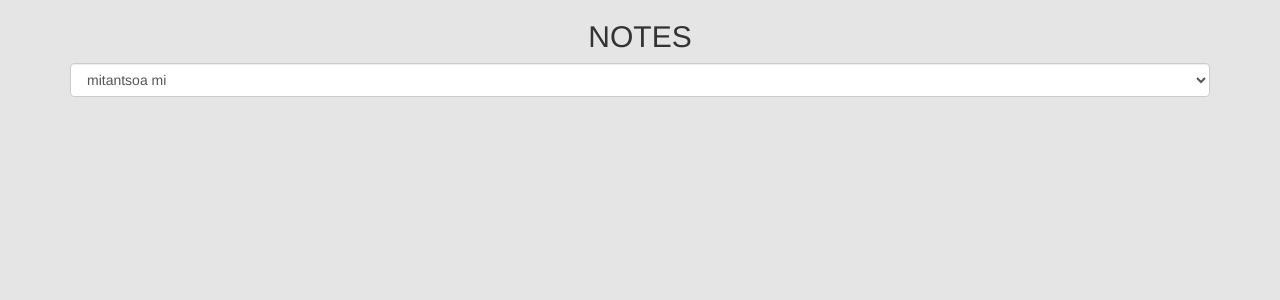
Repository: mitantsoa1/CRUD-note
Page: http://localhost/note
These files come from the project's save history. The page is drawn as it stood at one moment and after the next save; the edit follows.
The browser window is 1280 px wide. The pictures show the whole page.
The page is run by PHP 8.4 with error messages shown; the project is at /var/www/html/. The database holds what the project's SQL file puts in it.

Above is the page before, as saved 2021-02-11 17:55:45.
Console error: SyntaxError: Unexpected token '<'

### index.php
<?php

require_once ("Controls/Controllers.class.php");
// require_once ("Models/Database.class.php");
// Database::init("localhost","stage","root","");

if(isset($_GET['action'])){
    if(method_exists("Controllers",$_GET['action'])){
        $reflect = new ReflectionMethod("Controllers",$_GET['action']);
        $class = "Controllers";
        $reflect -> invoke(new $class);
    }else{
        Controllers::loadView("erreur.php");
    }
}else{
    Controllers::loadView("indexView.php");
}

?>

### Controls/Controllers.class.php
<?php
	class Controllers{

		public static function loadView($page){
			$page = htmlspecialchars(trim($page)) ;
			include("Views/".$page) ;
		}
		public function index(){
			Controllers::loadView("indexView");
		}
		// pour inclure les portions de page
		public static function includeTemplate($template)
		{
			$template = htmlspecialchars(trim($template));
			include "Views/template_parts/" . $template;
		}
		// inclure du JavaScript
		public static function includeJS($fields)
		{
			$script = "";
			for ($i = 0; $i < count($fields) - 1; $i++) {
				$code = htmlspecialchars(trim($fields[$i]));
				$script .= '<script src="Publics/js/' . $code . '.js"></script>' . "\n\t";
			}
			if ($i == count($fields) - 1) {
				$code = htmlspecialchars(trim($fields[count($fields) - 1]));
				$script .= '<script src="Publics/js/' . $code . '.js"></script>' . "\n";
			}
			echo $script;
		}
		// inclure du CSS
		public static function includeCSS($fields)
		{
			$css = "";
			for ($i = 0; $i < count($fields) - 1; $i++) {
				$code = htmlspecialchars(trim($fields[$i]));
				$css .= '<link rel="stylesheet" href="Publics/css/' . $code . '.css">' . "\n\t";
			}
			if ($i == count($fields) - 1) {
				$code = htmlspecialchars(trim($fields[count($fields) - 1]));
				$css .= '<link rel="stylesheet" href="Publics/css/' . $code . '.css">' . "\n";
			}
			echo $css;
		}

		public function note(){
			Controllers::loadView("note.php");
		}
	}

 ?>

### Views/note.php
<!DOCTYPE html>
<html lang="en">
<head>
    <meta charset="UTF-8">
    <meta http-equiv="X-UA-Compatible" content="IE=edge">
    <meta name="viewport" content="width=device-width, initial-scale=1.0">
    <title>note</title>
    <?php
Controllers::includeCSS(["all","bootstrap.min","sweetalert2.min","style"]);
?>
</head>
<body>
    <div class="container content-note">
        <h2 class="text-center">NOTES</h2>

        <?php
        include('Models/Database.class.php');
            $db = new Database();
            $tab = $db->select("etudiant")
                        ->execute(null);
            echo "<div class='form-group'> <select id='select_etudiant_note' class='form-control'>";

                for($i=0;$i<count($tab);$i++){
                    echo"
                        <option value='".$tab[$i]->id."'>".$tab[$i]->nom." ".$tab[$i]->prenom."</option>
                    ";
                }

            echo "</select></div>";


        ?>
    </div>


<?php
Controllers::includeJS(["jquery","bootstrap.min","all","sweetalert2.min","main","function"]);
?>
</body>
</html>

### Models/Database.class.php
<?php
class Database{
	private $query,$nombreParam, $lastTable;
	private static $conn,$host,$base,$user,$pass,$port ;
		// bd = new PDO("mysql:host=localhost;dbname=nom","user","pass")
		// initialisation
	public static function init($hote,$base,$port,$user,$pass) {
		self::$host=htmlspecialchars(trim($hote)) ;
		self::$base=htmlspecialchars(trim($base)) ;
		self::$user=htmlspecialchars(trim($user)) ;
		self::$pass=htmlspecialchars(trim($pass)) ;

	}
	public static function db() {
		$options = array(PDO::MYSQL_ATTR_INIT_COMMAND => 'SET NAMES utf8',
);


		$url ="mysql:host=".self::$host.";port=".self::$port.";dbname=".self::$base;
		if(!isset(self::$conn)) {
			self::$conn = new PDO($url,self::$user,self::$pass,$options);
		}
		return self::$conn ;

	}
		// execution du requete
	public function execute($value=null) {

			// tester s'il y des trous dans les requetes
			// si c'est une requete de selection
		if (strpos($this->query,"SELECT")>-1) {

			if (strpos($this->query,"?")>-1 ){
				$req = self::db()->prepare($this->query) ;
				$req->execute($value) ;
			}
			else {
				$req = self::db()->query($this->query) ;
			}


			return $req->fetchAll(PDO::FETCH_OBJ);
		}
		else {
			if (strpos($this->query,"?")>-1 ){
				$req = self::db()->prepare($this->query) ;
				$req->execute($value) ;

			}
			else {
				self::db()->query($this->query) ;
			}


			return 0 ;
		}



	}
	public function getQuery() {
		return $this->query ;
	}
	public function select($table){
		$table=htmlspecialchars(trim($table)) ;
		$this->query = "SELECT * FROM ".$table ;
		$this->lastTable =$table ;
		return $this ;
	}
	public function where($id,$operateur){
		$this->query .= " WHERE ".$id."".$operateur."?";

		return $this ;
	}
	public function et($id,$operateur) {
		$this->query .= " AND ".$id."".$operateur."?";

		return $this ;
	}
	public function ou($id,$operateur) {
		$this->query .= " OR ".$id."".$operateur."?";

		return $this ;
	}
		// insertion
	public function insert($table) {
		$this->query="INSERT INTO ".$table ;
		return $this ;
	}
	// mise à jours
	public function update($table) {
		$this->query="UPDATE ".$table ;
		return $this ;
	}
	public function parametters($fields) {
		if (strpos($this->query,"INSERT")>-1){
			// insertion
			$listeFields="(" ;
			$valeur="VALUES (" ;
			for ($i=0; $i <count($fields) ; $i++) {
				$listeFields.=$fields[$i]."," ;
				$valeur.="?," ;
			}

			$listeFields=trim($listeFields,",").")" ;

			$valeur=trim($valeur,",").")" ;
			$this->query.=" ".$listeFields ;
			$this->query.=" ".$valeur ;
		}
		else if (strpos($this->query,"UPDATE")>-1){
			$listeFields="SET " ;
			for ($i=0; $i <count($fields); $i++) {
				$listeFields.=$fields[$i]."=?," ;
			}
			$listeFields=trim($listeFields,",") ;
			$this->query.=" ".$listeFields ;
		}

		return $this ;
	}

		// suppréssion
	public function delete($table) {
		$table=htmlspecialchars(trim($table)) ;
		$this->query=" DELETE FROM ".$table;
		return $this ;
	}
	public function order($param) {
		$this->query.=" ORDER BY " ;
		$listeOrder="" ;
		foreach ($param as $key => $value) {
			$listeOrder.=$key. " ".$value."," ;
		}
		$listeOrder=trim($listeOrder,",") ;
		$this->query.=$listeOrder ;
		return $this ;
	}
	public function inner($table2,$id1) {
		$table2=htmlspecialchars(trim($table2)) ;
		$id1= htmlspecialchars(trim($id1)) ;

		$this->query.=" INNER JOIN ".$table2." ON ".$this->lastTable.".".$id1."=".$table2.".".$id1 ;
		$this->lastTable=$table2;
		return $this;
	}
	// inner join id différent
	public function innerD($table2,$id1,$id2) {
		$table2=htmlspecialchars(trim($table2)) ;
		$id1= htmlspecialchars(trim($id1)) ;

		$this->query.=" INNER JOIN ".$table2." ON ".$this->lastTable.".".$id1."=".$table2.".".$id2 ;
		$this->lastTable=$table2;
		return $this;
	}
	public function sum($table,$fields) {
		$fields = htmlspecialchars(trim($fields)) ;
		$table = htmlspecialchars(trim($table)) ;
		$this->query="SELECT SUM(".$fields.") AS somme FROM ".$table ;
		return $this ;
	}
	// selection avec paramètre
	public function selectParam($table,$listeFields) {
		$reqBase ="SELECT " ;
		for ($i=0; $i <count($listeFields) ; $i++) {
			$reqBase.=$listeFields[$i]."," ;
		}
		$this->query = trim($reqBase,",")." FROM ".$table;
		return $this ;


	}
	public function customSelect($requete) {
		$req = self::db()->query($requete) ;

		return $req->fetchAll(PDO::FETCH_OBJ);
	}

}
	Database::init("localhost","scolarite","3306","root","");

?>

### Views/erreur.php
<!DOCTYPE html>
<html lang="fr">
<head>
    <meta charset="UTF-8">
    <meta name="viewport" content="width=device-width, initial-scale=1.0">
    <title>Page invalide</title>
</head>
<body>
    <h1>ERROR 404</h1>

        <p>Cette page n'est pas disponible</p>
</body>
</html>

### Controls/ajax.php
<?php
    include("../Models/Database.class.php");
    header('Content-type: application/json');
    $db = new Database();

    if(isset($_POST['data'])){
        $tab = $db->select("etudiant")
                ->execute();
        echo json_encode($tab);
    }

    if(isset($_POST['nom'])){
        $nom = htmlspecialchars(trim($_POST['nom']));
        $prenom = htmlspecialchars(trim($_POST['prenom']));
        $dtn = htmlspecialchars(trim($_POST['date_naissance']));
        $sexe = $_POST['sexe'];

        $db->insert("etudiant")
            ->parametters(["nom","prenom","date_de_naissance","sexe"])
            ->execute([$nom,$prenom,$dtn,$sexe]);
        echo json_encode("ok");
    }

    if(isset($_POST['id_effacer'])){
        $db->delete("etudiant")
            ->where("id","=")
            ->execute([$_POST['id_effacer']]);
        echo json_encode("effacer");
    }

    if(isset($_POST['id_modifier'])){
        $tab=$db->select("etudiant")
            ->where("id","=")
            ->execute([$_POST['id_modifier']]);
        echo json_encode($tab);
    }
    if(isset($_POST['nom_modif'])){
        $nom = htmlspecialchars(trim($_POST['nom_modif']));
        $prenom = htmlspecialchars(trim($_POST['prenom']));
        $dtn = htmlspecialchars(trim($_POST['date_naissance']));
        $sexe = $_POST['sexe'];

        $db->update("etudiant")
            ->parametters(["nom","prenom","date_de_naissance","sexe"])
            ->execute([$nom,$prenom,$dtn,$sexe]);
        echo json_encode("ok");
    }


?>

### Publics/css/style.css
body {
    margin: 0;
    padding: 0;
    background: rgba(0, 0, 0, .1);
}

.content {
    width: 50vw;
    min-width: 300px;
    background: white;
    padding: 10px 20px 0 !important;
    margin: 10px auto;
    border: white 1px solid !important;
    border-radius: 10px !important;
}

.content .titre {
    padding: 0;
    margin: 0;
}

.boutton {
    display: block;
    margin: 0 auto;
    width: 100px;
}

#btn_modification {
    margin-left: 30%;
}

.table_etudiant {
    position: relative;
    height: auto;
    max-height: 150px;
    overflow: auto;
}

.table_etudiant thead {
    position: sticky;
    top: 0;
    background: black;
    color: white;
}

### Publics/js/main.js
$(document).ready(function() {
    function selectionAll() {
        $.ajax({
            url: "Controls/ajax.php",
            type: "POST",
            data: "data=data",
            datatype: "json",
            success: function(data) {
                if (data.length > 0) {
                    var table_affichage = "<div class='table_etudiant'> <table class='table table-striped  m-t-10' style='position: relative !important;'><thead style='position: sticky !important;z-index: 1000;'><th>Nom</th><th>Prenom</th><th>Date de naissance</th><th>Sexe</th><th>Actions</th></thead><tbody>";
                    for (var i = 0; i < data.length; i++) {
                        table_affichage = table_affichage + "<tr><td>" + data[i].nom + "</td><td>" + data[i].prenom + "</td><td>" + data[i].date_de_naissance + "</td><td>" + data[i].sexe + "</td><td><a href='#' class=' glyph'  data-toggle='tooltip' data-placement='bottom' title='effacer' onclick='effacer(" + data[i].id + ")'> <i class='fa fa-trash'></i></a><a href='#' class='glyph' data-toggle='tooltip'  data-placement='bottom' title='modifier' onclick='modifier(" + data[i].id + ")'> <i class='fa fa-edit'></i></a>";
                    }
                    table_affichage = table_affichage + "</td></tr></tbody></table></div>";

                    $('.affichage_etudiant').html(table_affichage);
                } else {
                    $('.affichage_etudiant').html("<h3>Il n'y a pas d'etudiant</h3>");
                }

            }
        })
    }
    selectionAll();

    $('#btn_enregistrer').on('click', function() {
        var $nom = $('#nom').val();
        var $prenom = $('#prenom').val();
        var $dtn = $('#dtn').val();
        var $sexe = $('#sexe').val();

        var data = "nom=" + $nom + "&prenom=" + $prenom + "&date_naissance=" + $dtn + "&sexe=" + $sexe;
        $.ajax({
            url: "Controls/ajax.php",
            type: "POST",
            data: data,
            datatype: "json",
            success: function(data) {
                if (data == "ok") {
                    Swal.fire({
                        position: "center",
                        icon: "success",
                        title: "succes!"
                    });
                    selectionAll();
                    $('#nom').val("");
                    $('#prenom').val("");
                    $('#dtn').val("");
                    $('#sexe').val("");
                }

            }
        })
    })


});

### Publics/js/function.js
function selectionAll() {
    $.ajax({
        url: "Controls/ajax.php",
        type: "POST",
        data: "data=data",
        datatype: "json",
        success: function(data) {
            if (data.length > 0) {
                var table_affichage = "<div class='table_etudiant'> <table class='table table-striped  m-t-10' style='position: relative !important;'><thead style='position: sticky !important;z-index: 1000;'><th>Nom</th><th>Prenom</th><th>Date de naissance</th><th>Sexe</th><th>Actions</th></thead><tbody>";
                for (var i = 0; i < data.length; i++) {
                    table_affichage = table_affichage + "<tr><td>" + data[i].nom + "</td><td>" + data[i].prenom + "</td><td>" + data[i].date_de_naissance + "</td><td>" + data[i].sexe + "</td><td><a href='#' class=' glyph'  data-toggle='tooltip' data-placement='bottom' title='effacer' onclick='effacer(" + data[i].id + ")'> <i class='fa fa-trash'></i></a><a href='#' class='glyph' data-toggle='tooltip'  data-placement='bottom' title='modifier' onclick='modifier(" + data[i].id + ")'> <i class='fa fa-edit'></i></a>";
                }
                table_affichage = table_affichage + "</td></tr></tbody></table></div>";

                $('.affichage_etudiant').html(table_affichage);
            } else {
                $('.affichage_etudiant').html("Il n'y a pas d'etudiant");
            }

        }
    })
}

function effacer(id) {
    $.ajax({
        url: "Controls/ajax.php",
        type: "POST",
        data: "id_effacer=" + id,
        datatype: "json",
        success: function(data) {
            if (data == "effacer") {
                Swal.fire({
                    position: "center",
                    icon: "success",
                    title: "Effacé!"
                });
                selectionAll();
            }

        }
    })
}

function modifier(id) {
    $.ajax({
        url: "Controls/ajax.php",
        type: "POST",
        data: "id_modifier=" + id,
        datatype: "json",
        success: function(data) {
            if (data != "") {
                $('#id').val(data[0].id);
                $('#nom').val(data[0].nom);
                $('#prenom').val(data[0].prenom);
                $('#dtn').val(data[0].date_de_naissance);
                $('#sexe').val(data[0].sexe);

                $('#btn_enregistrer').addClass('hide');
                $('#btn_modification').removeClass('hide');
                $('#btn_annuler').removeClass('hide');
            }

        }
    })
}
$('#btn_modification').on('click', function() {
    var $nom = $('#nom').val();
    var $prenom = $('#prenom').val();
    var $dtn = $('#dtn').val();
    var $sexe = $('#sexe').val();

    var data = "nom_modif=" + $nom + "&prenom=" + $prenom + "&date_naissance=" + $dtn + "&sexe=" + $sexe;
    $.ajax({
        url: "Controls/ajax.php",
        type: "POST",
        data: data,
        datatype: "json",
        success: function(data) {
            if (data == "ok") {
                Swal.fire({
                    position: "center",
                    icon: "success",
                    title: "Modifié!"
                });
                selectionAll();
                $('#nom').val("");
                $('#prenom').val("");
                $('#dtn').val("");
                $('#sexe').val("");

                $('#btn_enregistrer').removeClass('hide');
                $('#btn_modification').addClass('hide');
                $('#btn_annuler').addClass('hide');
            }

        }
    })
})

### scolarite.sql (the tables this page reads)
CREATE TABLE IF NOT EXISTS `etudiant` (
  `id` int(11) NOT NULL AUTO_INCREMENT,
  `nom` varchar(255) NOT NULL,
  `prenom` varchar(255) NOT NULL,
  `date_de_naissance` date NOT NULL,
  `sexe` varchar(30) NOT NULL,
  PRIMARY KEY (`id`)
) ENGINE=MyISAM AUTO_INCREMENT=9 DEFAULT CHARSET=utf8;

INSERT INTO `etudiant` (`id`, `nom`, `prenom`, `date_de_naissance`, `sexe`) VALUES
(5, 'mitantsoa', 'mi', '2021-01-26', 'femme'),
(8, 'rabe', 'be', '2021-01-25', 'femme');

Loaded but not shown: Publics/css/all.css (library); Publics/css/bootstrap.min.css (library); Publics/css/sweetalert2.min.css (library); Publics/js/jquery.js (library); Publics/js/bootstrap.min.js (library)

After the next save:
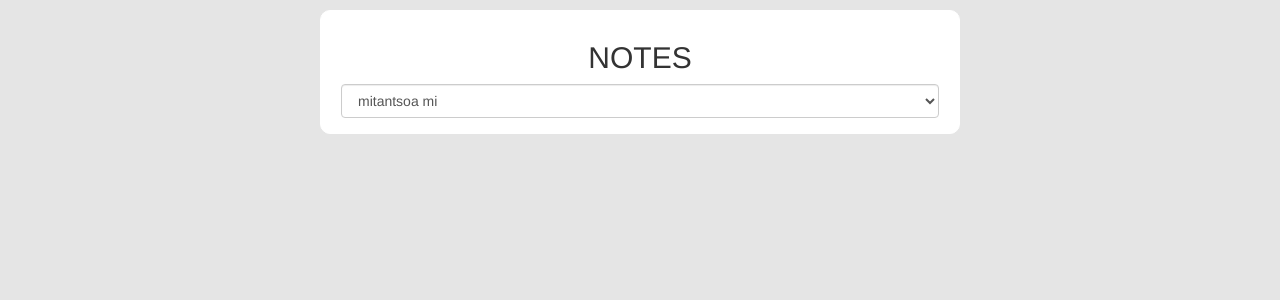
Saved 7 s later.
--- a/Views/note.php
+++ b/Views/note.php
@@ -10,7 +10,7 @@ Controllers::includeCSS(["all","bootstrap.min","sweetalert2.min","style"]);
 ?>
 </head>
 <body>
-    <div class="container content-note">
+    <div class="container content">
         <h2 class="text-center">NOTES</h2>
 
         <?php
